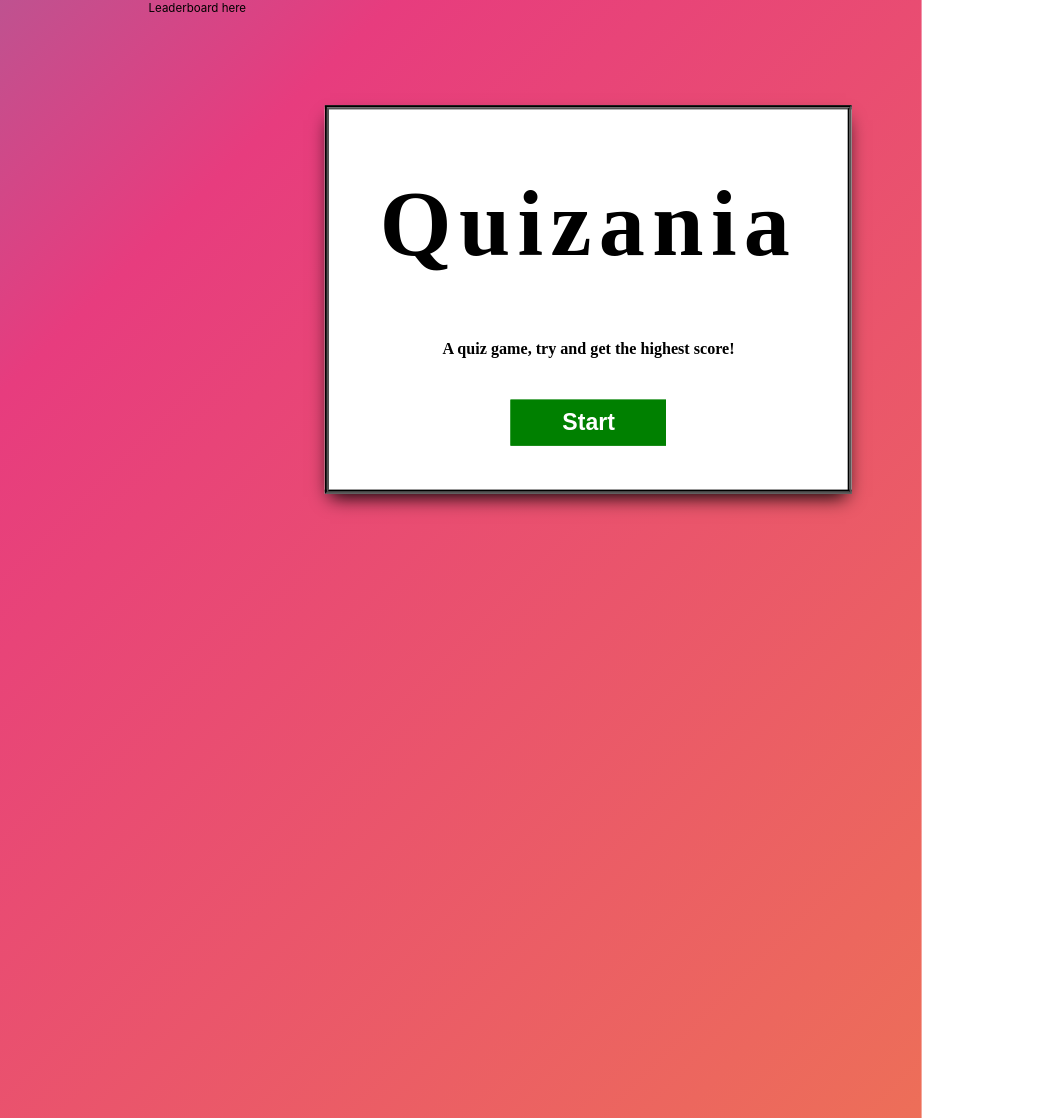
Repository: PatrickTheCodeGuy/QuizApp
Page: / (app in quizapp/)
The author's editor kept a copy of each file at every save. The page is drawn from the files as they stood at one save, then again after the next save.
The browser window is 1280 px wide. The page is 1280 px wide, then 1464 px, then 1280 px, so the pictures cover 1464 px, including what lies to the right of the window. The pictures show the whole page, at 72% of full size.
The project was rebuilt for these pictures with package versions that can differ from the ones it lists, and the page was loaded fresh each time.

Above is the page before, as saved 2021-07-08 14:34:57.

After the next save:
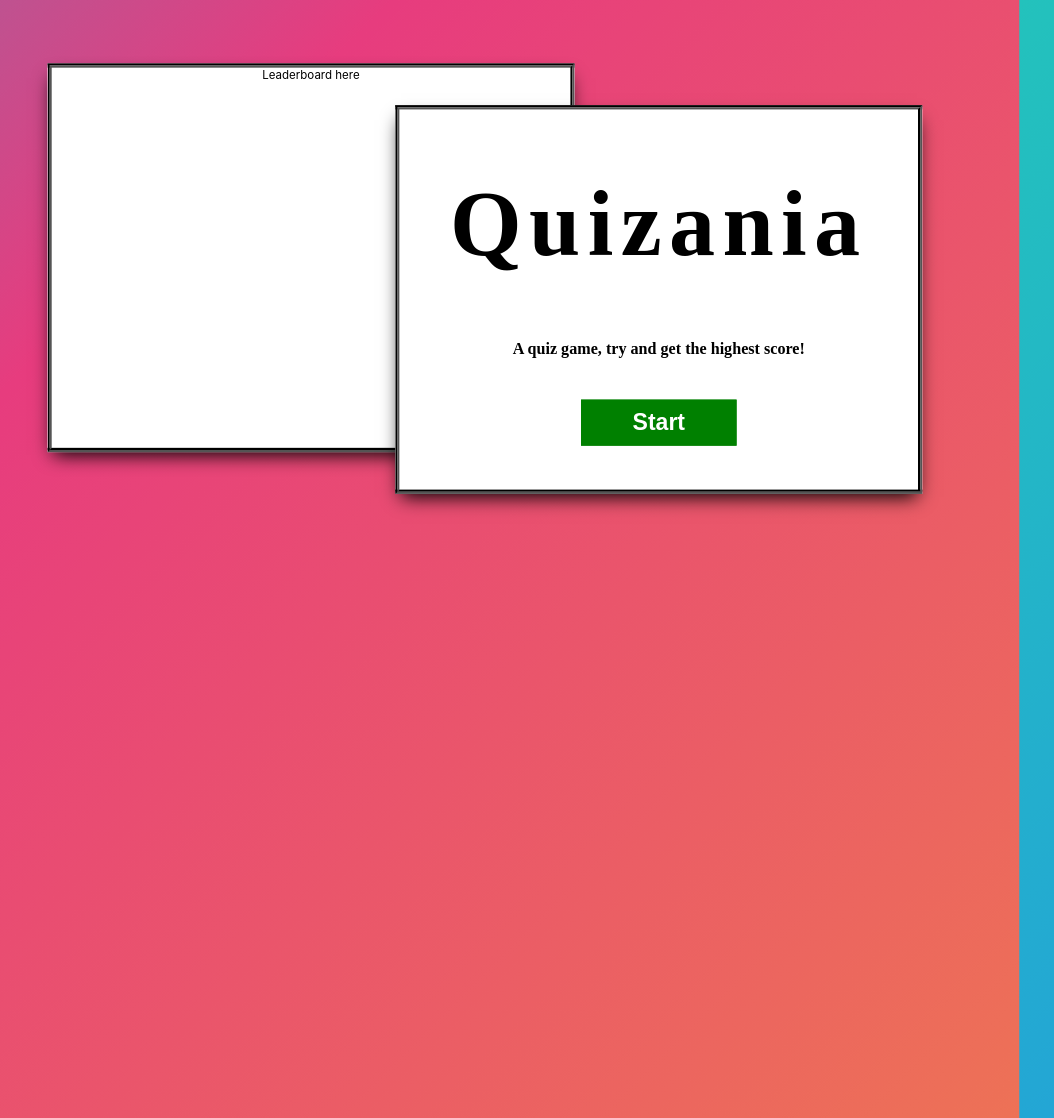
Saved 2 s later.
--- a/quizapp/src/components/Leaderboard/Leaderboard.js
+++ b/quizapp/src/components/Leaderboard/Leaderboard.js
@@ -9,7 +9,7 @@
 
     render(){
         return (
-            <div>Leaderboard here</div>
+            <div class="menu-container">Leaderboard here</div>
         )
     }
 }

After the save that followed:
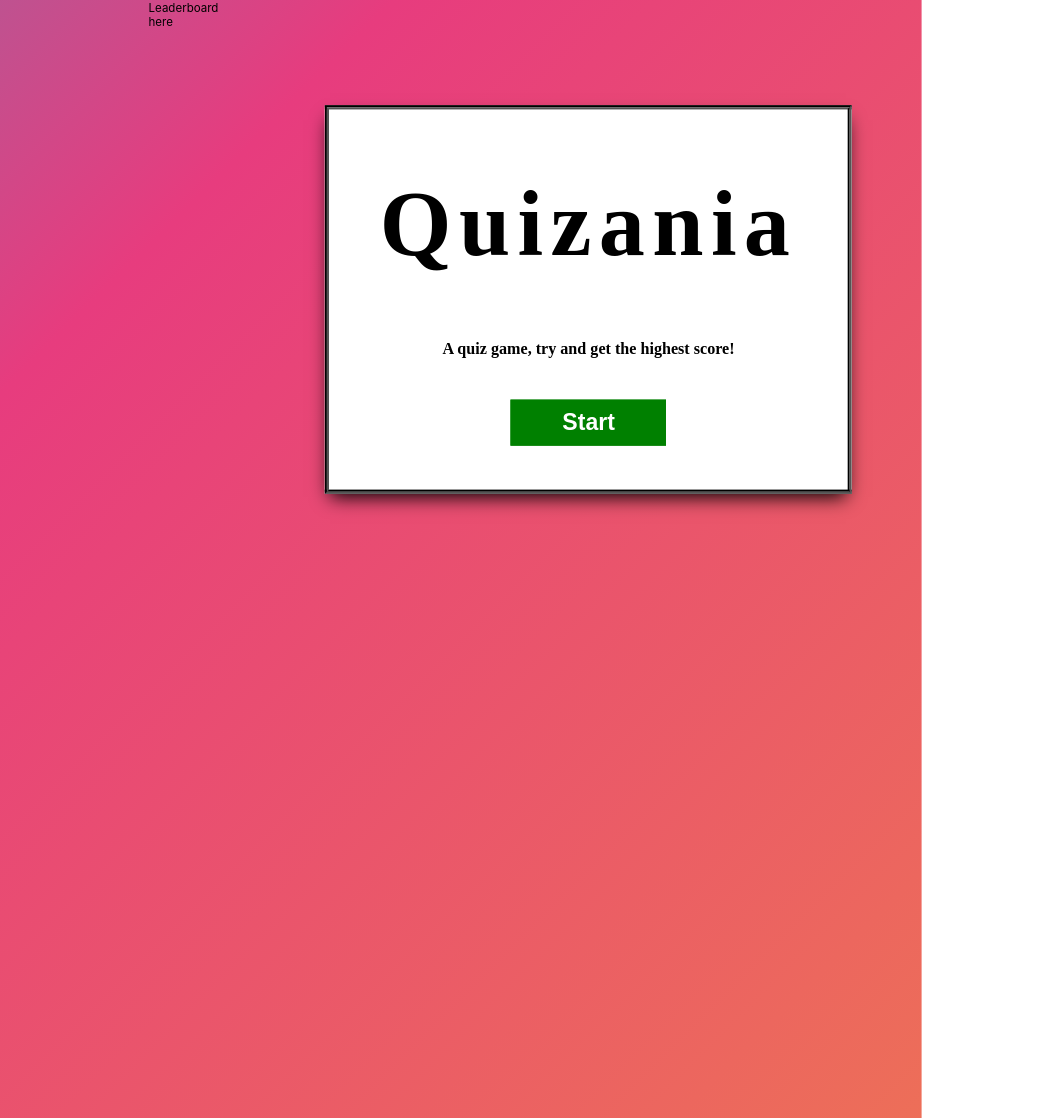
Saved 49 s later.
--- a/quizapp/src/components/Leaderboard/Leaderboard.js
+++ b/quizapp/src/components/Leaderboard/Leaderboard.js
@@ -9,7 +9,7 @@
 
     render(){
         return (
-            <div class="menu-container">Leaderboard here</div>
+            <div class="leaderboard-container">Leaderboard here</div>
         )
     }
 }
